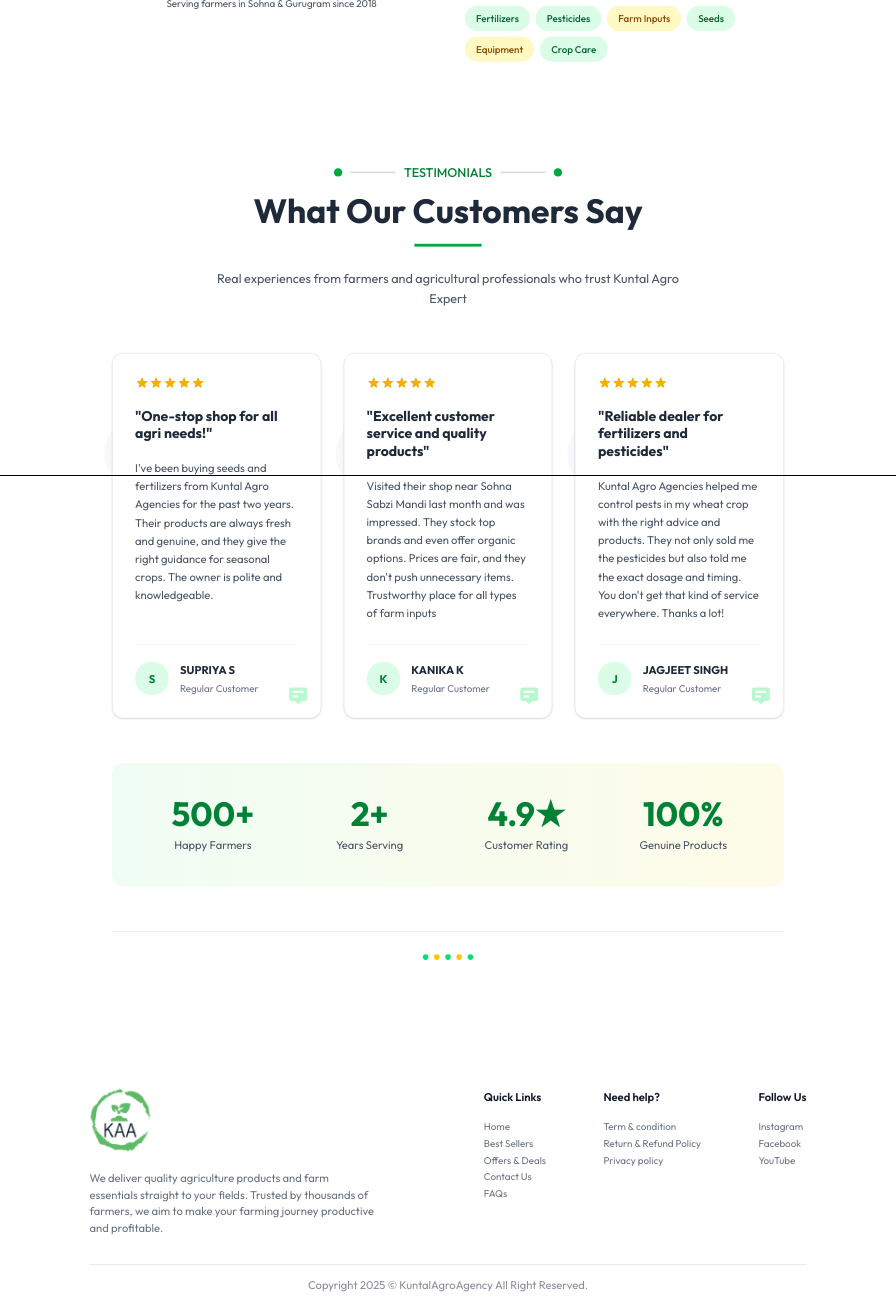
Repository: deepak445566/agro
Page: / (app in client/)
The author's editor kept a copy of each file at every save. The page is drawn from the files as they stood at one save, then again after the next save.
The browser window is 1280 px wide. The pictures show the part of the page from y = 2225 to 4145 px (the page is 4089 px tall before and 4145 px after), at 70% of full size.
The page's requests for data from a server got no answer. Some web fonts or font styles are not loaded; a fallback is used. The project was rebuilt for these pictures with package versions that can differ from the ones it lists, and the page was loaded fresh each time. No one was signed in, and anything a server would have sent is missing. Also part of the build but not shown: client/vite.config.js, client/src/components/ProductCard.jsx, client/src/components/BottomBanner.jsx, client/src/components/NewsLetter.jsx, client/src/components/Login.jsx, client/src/pages/AllProduct.jsx, client/src/pages/Productcato.jsx, client/src/pages/ProductDetail.jsx and 13 more.

Above is the page before, as saved 2025-12-23 10:24:35.

After the next save:
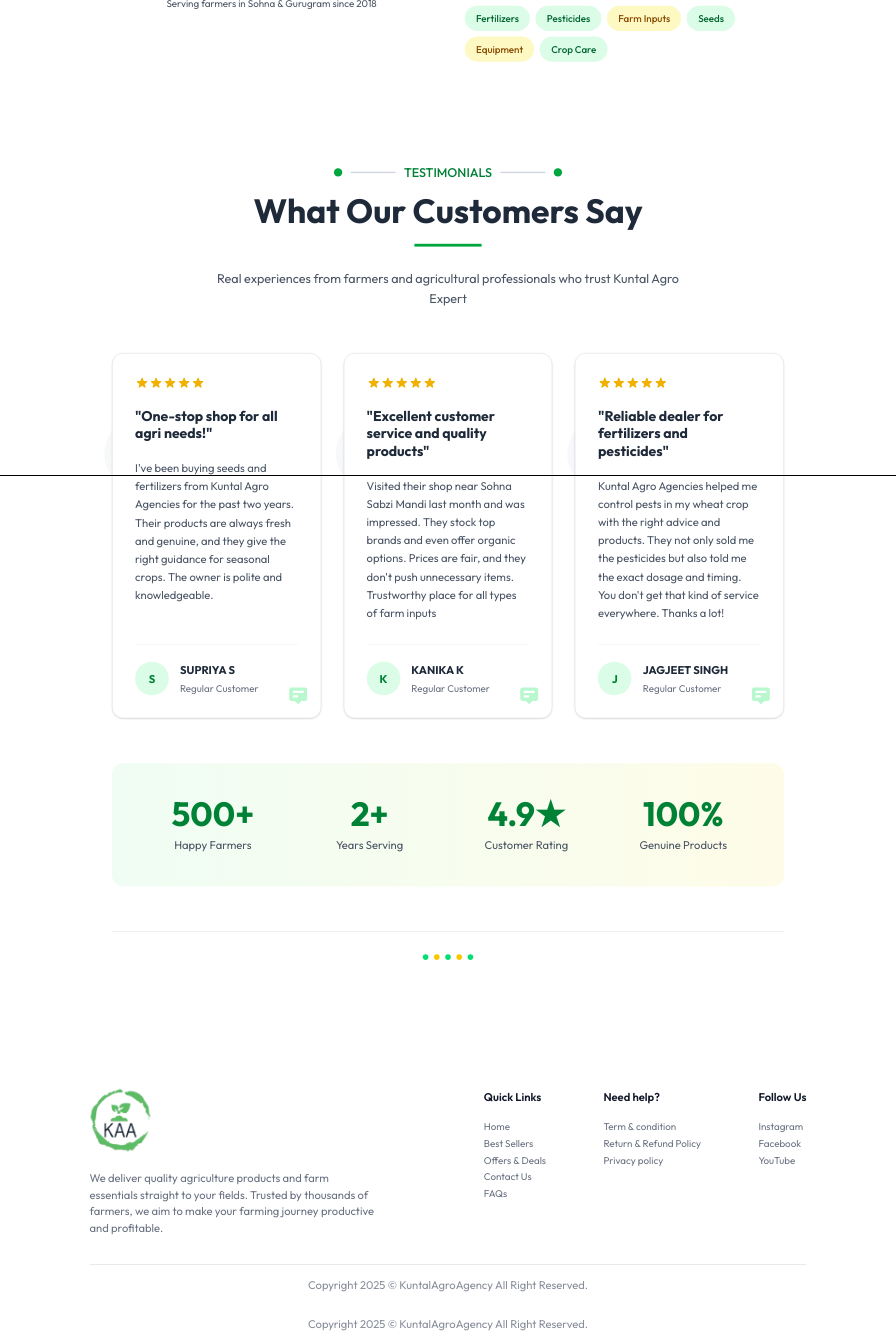
Saved 109 s later.
--- a/client/src/components/Footer.jsx
+++ b/client/src/components/Footer.jsx
@@ -28,6 +28,9 @@
             <p className="py-4 text-center text-sm md:text-base text-gray-500/80">
                 Copyright 2025 © <a href="https://prebuiltui.com">KuntalAgroAgency</a> All Right Reserved.
             </p>
+              <p className="py-4 text-center text-sm md:text-base text-gray-500/80">
+                Copyright 2025 © <a href="https://prebuiltui.com">KuntalAgroAgency</a> All Right Reserved.
+            </p>
         </div>
 
  </>
